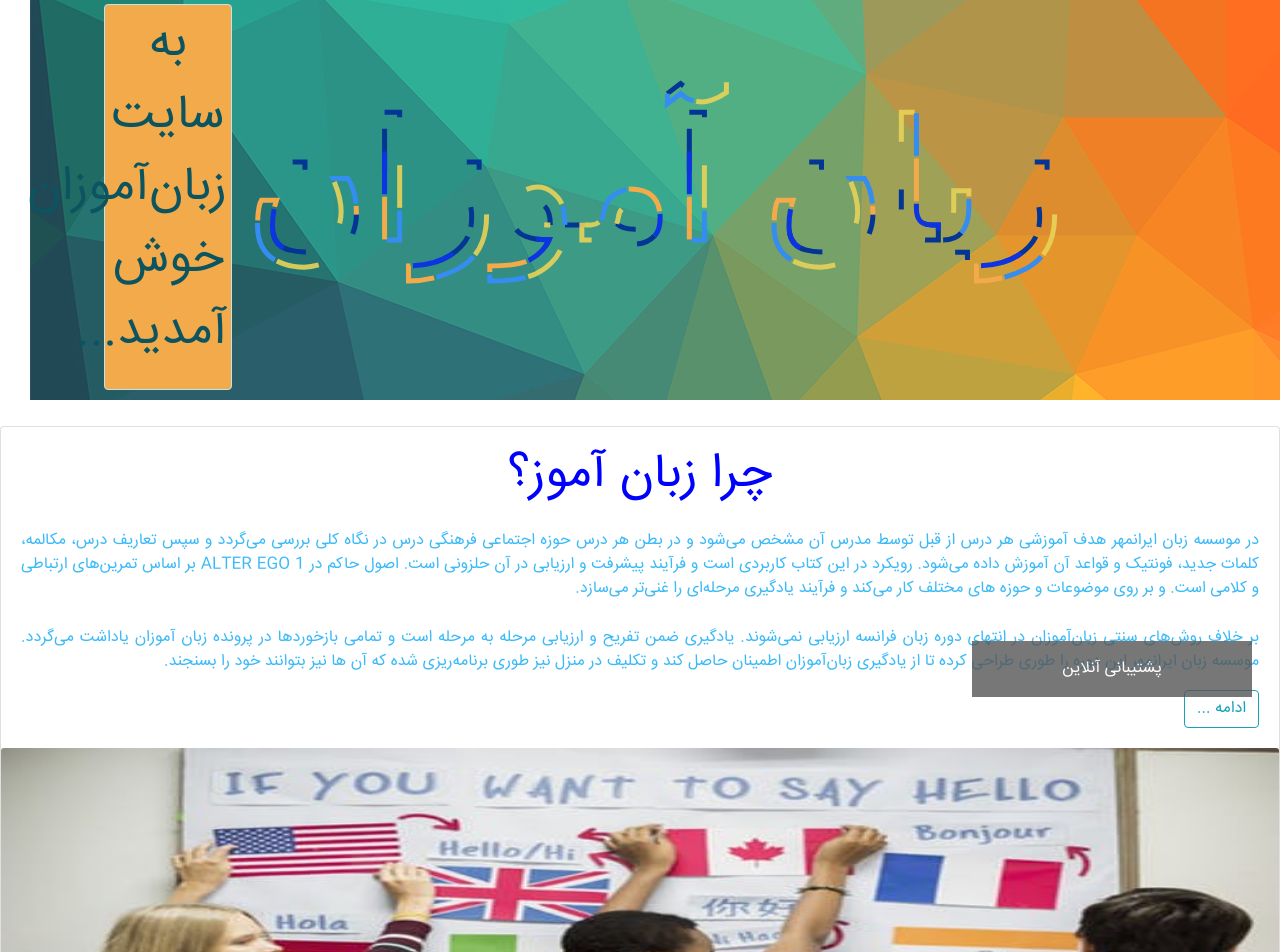
Repository: nikmahla/ZabanAmozan
Page: LanguageWebSite.html
The author's editor kept a copy of each file at every save. The page is drawn from the files as they stood at one save, then again after a run of saves.
The browser window is 1280 px wide. The pictures show the part of the page from y = 0 to 952 px (the page is 3961 px tall).
A picture or video elsewhere on the page could not be fetched, so the positions and the page height are approximate.

Above is the page before, as saved 2019-10-11 22:30:24.

### LanguageWebSite.html
<html lang="en">

<head>
    <meta charset="UTF-8">
    <meta name="viewport" content="width=device-width, initial-scale=1.0">
    <meta http-equiv="X-UA-Compatible" content="ie=edge">
    <link rel="stylesheet" href="css/bootstrap.css">
    <link rel="stylesheet" href="css/stylesheet.css">
    <link rel="shortcut icon" href="images/fav.jpg" title="favicon">
    <script src="jquery.min.js"></script>
    <title>Learn New Language</title>
</head>

<body class="container-fluid">

    <div class="row bg-image">
        <svg viewBox="0 0 960 300">
            <symbol id="s-text">
                <text text-anchor="middle" x="50%" y="80%"> زبان آموزان</text>
            </symbol>

            <g class="g-ants">
                <use xlink:href="#s-text" class="text-copy"></use>
                <use xlink:href="#s-text" class="text-copy"></use>
                <use xlink:href="#s-text" class="text-copy"></use>
                <use xlink:href="#s-text" class="text-copy"></use>
                <use xlink:href="#s-text" class="text-copy"></use>
            </g>
        </svg>
    </div>

    <div id="alert" class="alert alert-info p-1 m-1">
        <p class="text-center">به سایت زبان‌آموزان خوش آمدید...</p>
    </div>

    <div class="row">
        <div class="card  " style="margin-top: 2%">
            <div class="card-body">
                <h5 class="card-title card-title-me"> چرا زبان آموز؟ </h5>
                <p class="card-body-me">در موسسه زبان ایرانمهر هدف آموزشی هر درس از قبل توسط مدرس آن مشخص می‌شود و در
                    بطن هر
                    درس حوزه اجتماعی فرهنگی درس در نگاه کلی بررسی می‌گردد و سپس تعاریف درس، مکالمه، کلمات جدید، فونتیک و
                    قواعد آن آموزش داده می‌شود. رویکرد در این کتاب کاربردی است و فرآیند پیشرفت و ارزیابی در آن حلزونی
                    است.
                    اصول حاکم در ALTER EGO 1 بر اساس تمرین‌های ارتباطی و کلامی است. و بر روی موضوعات و حوزه های مختلف
                    کار
                    می‌کند و فرآیند یادگیری مرحله‌‌ای را غنی‌تر می‌سازد.</p>
                <p class="card-body-me">
                    بر خلاف روش‌های سنتی زبان‌آموزان در انتهای دوره زبان فرانسه ارزیابی نمی‌شوند. یادگیری ضمن تفریح و
                    ارزیابی مرحله به مرحله است و تمامی بازخوردها در پرونده زبان آموزان یاداشت می‌گردد. موسسه زبان
                    ایرانمهر
                    این دوره را طوری طراحی کرده تا از یادگیری زبان‌آموزان اطمینان حاصل کند و تکلیف در منزل نیز طوری
                    برنامه‌ریزی شده که آن ها نیز بتوانند خود را بسنجند.
                </p>
                <button type="button" class="btn btn-outline-info">ادامه ...</button>

            </div>
            <img src="./images/fl031.jpg" class="card-img-top card-img" alt="">
        </div>
    </div>


    <div class="row ">
        <div class="col-md-6">
            <div class="videoplay ">
                <video class="img-fluid" autoplay="" loop="" playsinline="" muted="">
                    <source type="video/mp4" src="images/class03.mp4">
                </video>
            </div>
        </div>
        <div class="col-md-6 ">
            <h3 class="text-class">
                1.زمان مد نظرتو انتخاب کن
            </h3>
        </div>
    </div>

    <div class="row ">
        <div class="col-md-6 ">
            <h3 class="text-class">
                2.کلاستو انتخاب کن
            </h3>
        </div>
        <div class="col-md-6">
            <div class="videoplay ">
                <video class="img-fluid" autoplay="" loop="" playsinline="" muted="">
                    <source type="video/mp4" src="images/class031.mp4">
                </video>
            </div>
        </div>
    </div>

    <div class="row ">
        <div class="col-md-6">
            <div class="videoplay ">
                <video class="img-fluid" autoplay="" loop="" playsinline="" muted="">
                    <source type="video/mp4" src="images/class033.mp4">
                </video>
            </div>
        </div>
        <div class="col-md-6 ">
            <h3 class="text-class">
                3. برو کلاس
            </h3>
        </div>
    </div>

    <div class="row" style="margin-top:2% ">
        <div class="card card-box" style="width:30%">
            <img class="card-img-top" src="./images/cl8.jpg" alt="Card image">
            <div class="card-body">
                <h4 class="card-title">دوره های آموزش زبان فرانسه متوسطه بزرگسالان</h4>
                <p class="card-text">دوره های فشرده نیمه گروهی ( 6 تا 8 نفره )</p>
                <a href="#" class="btn btn-primary">مشاهده</a>
            </div>
        </div>

        <div class="card card-box" style="width:30%">
            <img class="card-img-top" src="./images/cl9.jpg" alt="Card image">
            <div class="card-body">
                <h4 class="card-title">دوره آموزش زبان فرانسه پیش متوسطه کودکان</h4>
                <p class="card-text">دوره زبان فرانسه پیش متوسطه کودکان (+A2)</p>
                <a href="#" class="btn btn-primary">مشاهده</a>
            </div>
        </div>

        <div class="card card-box" style="width:30%">
            <img class="card-img-top" src="./images/cl10.jpg" alt="Card image">
            <div class="card-body">
                <h4 class="card-title">دوره زبان فرانسه پیشرفته بزرگسالان</h4>
                <p class="card-text">دوره زبان فرانسه پیش متوسطه</p>
                <a href="#" class="btn btn-primary">مشاهده</a>
            </div>
        </div>
    </div>



    <div class="row bg">
        <h3 class="h1-list" data-shadow='dang!'>کلاسهای پاییز</h3>
    </div>



    <table class="table table-hover table-me">
        <thead>
            <tr>
                <th scope="col">#</th>
                <th scope="col">روزهای هفته</th>
                <th scope="col">کلاس</th>
                <th scope="col">استاد</th>
                <th> انتخاب</th>
            </tr>
        </thead>
        <tbody>
            <tr>
                <th scope="row">1</th>
                <td>شنبه</td>
                <td>زبان فرانسه</td>
                <td>دکتر رضایی</td>
                <td>
                    <button type="button" class="btn btn-outline-warning">مشاهده</button>
                </td>


            </tr>
            <tr>
                <th scope="row">2</th>
                <td>یکشنبه</td>
                <td>زبان فرانسه</td>
                <td>دکتر رضایی</td>
                <td>
                    <button type="button" class="btn btn-outline-warning">مشاهده</button>
                </td>

            </tr>
            <tr>
                <th scope="row">3</th>
                <td>دوشنبه</td>
                <td>زبان فرانسه</td>
                <td>دکتر رضایی</td>
                <td>
                    <button type="button" class="btn btn-outline-warning">مشاهده</button>
                </td>

            </tr>
            <tr>
                <th scope="row">4</th>
                <td>سه شنبه</td>
                <td>زبان فرانسه</td>
                <td>دکتر رضایی</td>
                <td>
                    <button type="button" class="btn btn-outline-warning">مشاهده</button>
                </td>
            </tr>
            <tr>
                <th scope="row">5</th>
                <td>چهارشنبه</td>
                <td>زبان فرانسه</td>
                <td>دکتر رضایی</td>
                <td>
                    <button type="button" class="btn btn-outline-warning">مشاهده</button>
                </td>
            </tr>
            <tr>
                <th scope="row">6</th>
                <td>پنجشنبه</td>
                <td>زبان فرانسه</td>
                <td>دکتر رضایی</td>
                <td>
                    <button type="button" class="btn btn-outline-warning">مشاهده</button>
                </td>

            </tr>
            <tr>
                <th scope="row">7</th>
                <td>جمعه</td>
                <td>زبان فرانسه</td>
                <td>دکتر رضایی</td>
                <td>
                    <button type="button" class="btn btn-outline-warning">مشاهده</button>
                </td>

            </tr>
        </tbody>
    </table>


    <button class="open-button" onclick="openForm()">پشتیبانی آنلاین</button>

    <div class="chat-popup" id="myForm">
        <form action="/action_page.php" class="form-container">
            <h5 class="text-right"> پشتیبانی زبان‌آموزان </h5>

            <label for="msg"><b> در خدمت شماست:</b></label>
            <textarea placeholder="متن ارسالی ..." name="msg" required></textarea>

            <button type="submit" class="btn">ارسال</button>
            <button type="button" class="btn cancel" onclick="closeForm()">بستن</button>
        </form>
    </div>



    <footer class="footer container-fluid">
        <div class="footer-middle">
            <div class="">
                <div class="row">
                    <div class="col-md-6 col-sm-6  ">

                        <div class="footer-pad">
                            <h4>راه های ارتباطی</h4>
                            <ul class="list-unstyled">
                                <li><a href="#"></a></li>
                                <li><a href="#">شماره تماس</a></li>
                                <li><a href="#">مشاوره حضوری</a></li>
                                <li><a href="#">ادرس ایمیل</a></li>
                                <li><a href="#">شبکه اجتماعی</a></li>

                            </ul>
                        </div>
                    </div>


                    <div class="col-md-6 col-sm-6 ">

                        <div class="footer-pad">
                            <h4> خواندیها برای شما</h4>
                            <ul class="list-unstyled">
                                <li><a href="#"> معرفی دیشکنری </a></li>
                                <li><a href="#">معرفی فیلم</a></li>
                                <li><a href="#">معرفی نرم افزار</a></li>
                                <li><a href="#">معرفی داستان</a></li>
                                <li><a href="#">معرفی سایت</a></li>
                                <li>
                                    <a href="#"></a>
                                </li>
                            </ul>
                        </div>
                    </div>

                </div>
                <div class="row">
                    <div class="col-md-12 copy">
                        <p class="text-center">&copy; حقوق مادی و معنوی سایت محفوظ است.</p>
                    </div>
                </div>


            </div>
        </div>
    </footer>

    <script>
        function openForm() {
            document.getElementById("myForm").style.display = "block";
        }

        function closeForm() {
            document.getElementById("myForm").style.display = "none";
        }
        $(document).ready(function () {
            setTimeout(function () {
                $('#alert').slideDown('slow');

                var alert = $('#alert');
                alert.animate({ left: '100px' }, "slow");
                alert.animate({ fontSize: '3em' }, "slow");
            }, 1500);
        })
        // $(document).ready(function () {
        //     setTimeout(function () {
        //         $('#alert').hide();
        //     }, 6000);
        // })
        // $(document).ready(function () {
        //     $('#alert').click(function () {
        //         var alert = $('#alert');
        //         alert.animate({ left: '100px' }, "slow");
        //         alert.animate({ fontSize: '3em' }, "slow");
        //     });

        //document.querySelector('#alert').style.visibility=hidden;
    </script>

</body>

</html>

### css/stylesheet.css
@font-face {
    font-family: 'iransans';
    src: url('../fonts/iransans_medium.woff2') format('woff2');
    font-weight: bold;
}

@font-face {
    font-family: 'iransans';
    src: url('../fonts/iransans_regular.woff2') format('woff2');
    font-weight: normal;
}

@font-face {
    font-family: 'iransans';
    src: url('../fonts/iransans_ultralight.woff2') format('woff2');
    font-weight: 200;
}

body {
    direction: rtl;
    text-align: right;
    margin: 0;
    font-family: 'iransans', tahoma;
}

* {
    box-sizing: border-box;
}

.videoplay {
    margin-top: 20%;
    min-width: 100%;
    min-height: 100%;
}

.text-class {
    margin-top: 45% !important;
    text-align: center;
    color: #3bbaf8
}

.bg-image {
    background-image: url('../images/bgh.png');
    height: 25rem;
    width: 100%;
}

.header-text {
    background: #8383e2;
}

.card-text {
    text-align: center;
    color: #115374;
    margin-top: 2%;
}

.card-btn {
    margin-top: 2%;
    color: blue;
}

.card-box {
    margin: 1%;
    padding: 1%;
    text-align: center;
}

.card-title-me {
    text-align: center;
    color: blue;
    font-size: 3rem;
}

.card-body-me {
    color: #3bbaf8;
    margin-top: 2%;
    text-align: justify;
}

.card-img {
    height: 25rem;
}

svg {
    display: block;
    font: 10.5em 'Montserrat';
    width: 960px;
    height: 300px;
    margin: 0 auto;
}

.text-copy {
    fill: none;
    stroke: white;
    stroke-dasharray: 6% 29%;
    stroke-width: 5px;
    stroke-dashoffset: 0%;
    animation: stroke-offset 5.5s infinite linear;
}

.text-copy:nth-child(1) {
    stroke: rgb(3, 54, 148);
    animation-delay: -1;
}

.text-copy:nth-child(2) {
    stroke: #e7d258e7;
    animation-delay: -2s;
}

.text-copy:nth-child(3) {
    stroke: rgb(54, 141, 240);
    animation-delay: -3s;
}

.text-copy:nth-child(4) {
    stroke: rgb(243, 170, 74);
    animation-delay: -4s;
}

.text-copy:nth-child(5) {
    stroke: rgb(13, 52, 226);
    animation-delay: -5s;
}

@keyframes stroke-offset {
    100% {
        stroke-dashoffset: -35%;
    }
}

.bg {
    margin: 2rem 0 2rem 0;
    text-align: center;
    background-color: rgba(243, 93, 33, 0.849);
}

.h1-list {
    margin-right: 20%;
    display: inline-block;
    color: white;
    font-size: 9em;
    text-shadow: .03em .03em 0 rgb(235, 71, 6);
}

.table-me {
    margin: 1rem 0 1rem 0;
    overflow: hidden;
}

.bt-me {
    color: orangered;
}

footer {
    width: 100%;
    background: #16222A;
    background: -webkit-linear-gradient(59deg, #3A6073, #16222A);
    background: linear-gradient(59deg, #3A6073, #16222A);
    color: white;
    margin-top: 100px;
    text-align: center;
}

footer a {
    color: #fff;
    font-size: 14px;
    transition-duration: 0.2s;
    display: inline-block;
}

footer a:hover {
    color: #FA944B;
    text-decoration: none;
}

.copy {
    font-size: 12px;
    padding: 10px;
    border-top: 1px solid #FFFFFF;
}

.footer-middle {
    padding-top: 2em;
    color: white;
}

.open-button {
    background-color: #555;
    color: white;
    padding: 16px 20px;
    border: none;
    cursor: pointer;
    opacity: 0.8;
    position: fixed;
    bottom: 23px;
    right: 28px;
    width: 280px;
}

/* The popup chat - hidden by default */

.chat-popup {
    display: none;
    position: fixed;
    bottom: 0;
    right: 15px;
    border: 3px solid #f1f1f1;
    z-index: 9;
}

/* Add styles to the form container */

.form-container {
    max-width: 300px;
    padding: 10px;
    background-color: white;
}

/* Full-width textarea */

.form-container textarea {
    width: 100%;
    padding: 15px;
    margin: 5px 0 22px 0;
    border: none;
    background: #f1f1f1;
    resize: none;
    min-height: 200px;
}

/* When the textarea gets focus, do something */

.form-container textarea:focus {
    background-color: #ddd;
    outline: none;
}

/* Set a style for the submit/send button */

.form-container .btn {
    background-color: #4CAF50;
    color: white;
    padding: 16px 20px;
    border: none;
    cursor: pointer;
    width: 100%;
    margin-bottom: 10px;
    opacity: 0.8;
}

/* Add a red background color to the cancel button */

.form-container .cancel {
    background-color: red;
}

/* Add some hover effects to buttons */

.form-container .btn:hover, .open-button:hover {
    opacity: 1;
}

#alert {
    position: fixed;
    top: 0;
    right: ;: 0;
    width: 10%;
    display: none;
    background-color: rgb(243, 170, 74);

}

Loaded but not shown: css/bootstrap.css (library); node_modules/jquery/dist/jquery.min.js (library)

After the next 2 saves:
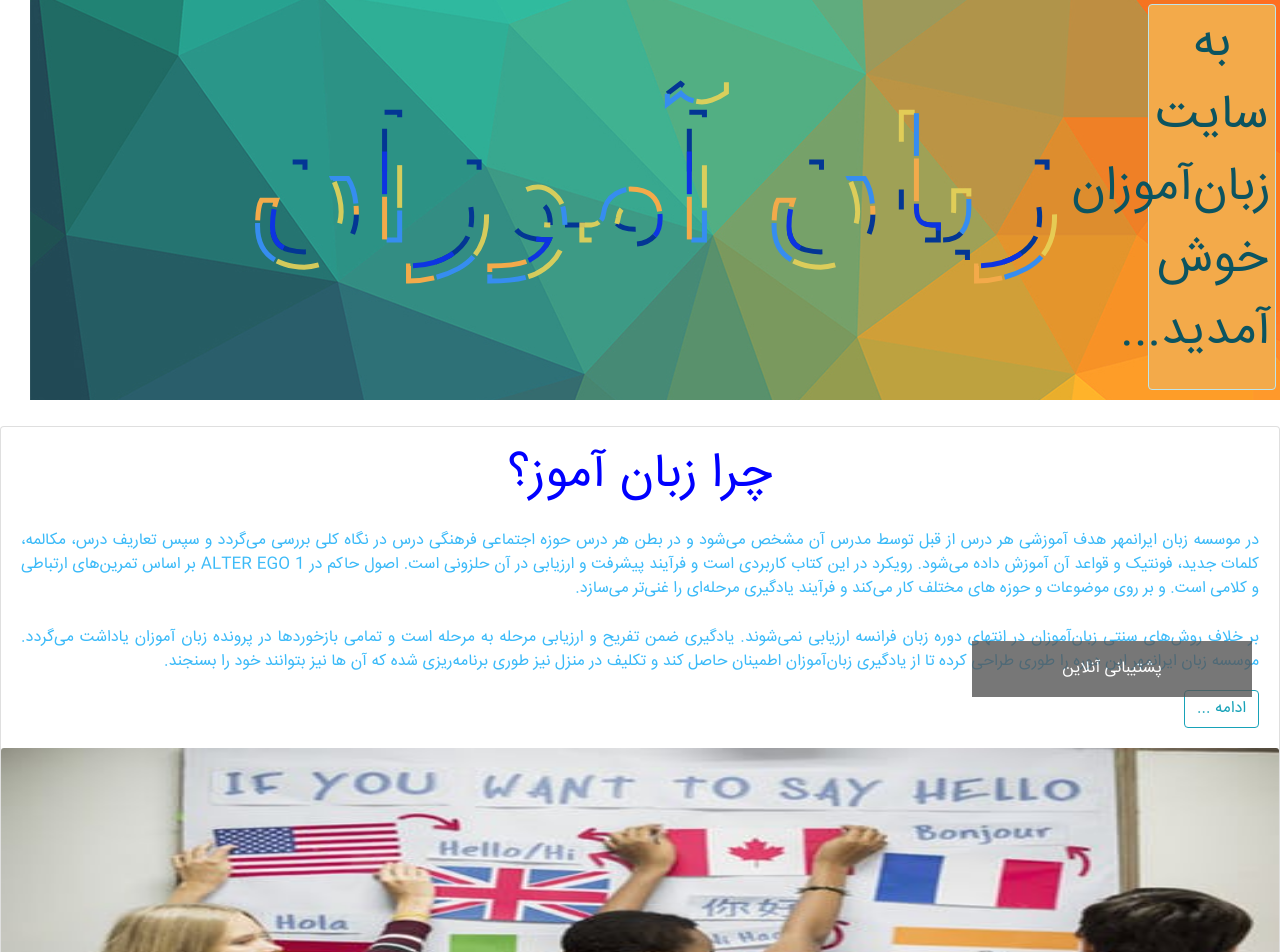
The 2 saves are shown as one change because they came seconds apart.
The last was saved 5 s later.
--- a/css/stylesheet.css
+++ b/css/stylesheet.css
@@ -265,7 +265,7 @@ footer a:hover {
 #alert {
     position: fixed;
     top: 0;
-    right: ;: 0;
+    right: 0;
     width: 10%;
     display: none;
     background-color: rgb(243, 170, 74);
